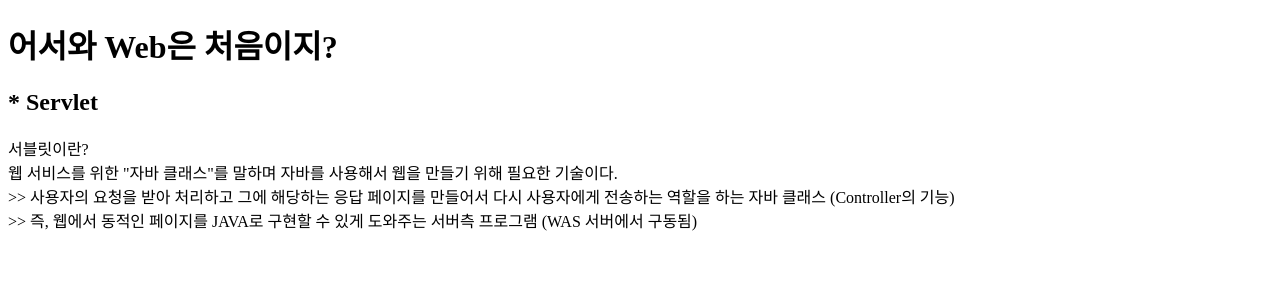
Repository: Young-27/DailyStudy
Page: Server/web-workspace1/1_Servlet/WebContent/index.html
The author's editor kept a copy of each file at every save. The page is drawn from the files as they stood at one save, then again after the next save.
The browser window is 1280 px wide. The pictures show the whole page.

Above is the page before, as saved 2021-04-26 09:19:11.

After the next save:
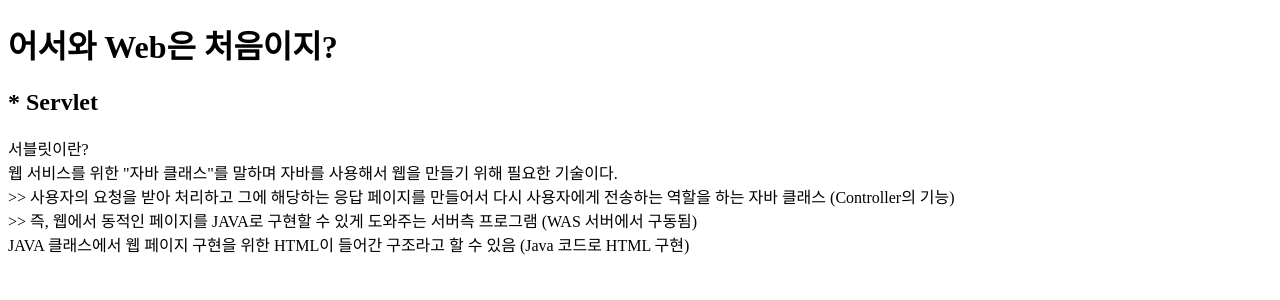
Saved 43 min 25 s later.
--- a/Server/web-workspace1/1_Servlet/WebContent/index.html
+++ b/Server/web-workspace1/1_Servlet/WebContent/index.html
@@ -14,7 +14,8 @@
 		서블릿이란? <br>
 		웹 서비스를 위한 "자바 클래스"를 말하며 자바를 사용해서 웹을 만들기 위해 필요한 기술이다. <br>
 		>> 사용자의 요청을 받아 처리하고 그에 해당하는 응답 페이지를 만들어서 다시 사용자에게 전송하는 역할을 하는 자바 클래스 (Controller의 기능) <br>
-		>> 즉, 웹에서 동적인 페이지를 JAVA로 구현할 수 있게 도와주는 서버측 프로그램 (WAS 서버에서 구동됨)
+		>> 즉, 웹에서 동적인 페이지를 JAVA로 구현할 수 있게 도와주는 서버측 프로그램 (WAS 서버에서 구동됨) <br>
+		   JAVA 클래스에서 웹 페이지 구현을 위한 HTML이 들어간 구조라고 할 수 있음 (Java 코드로 HTML 구현)
 	</p>
 
 </body>
